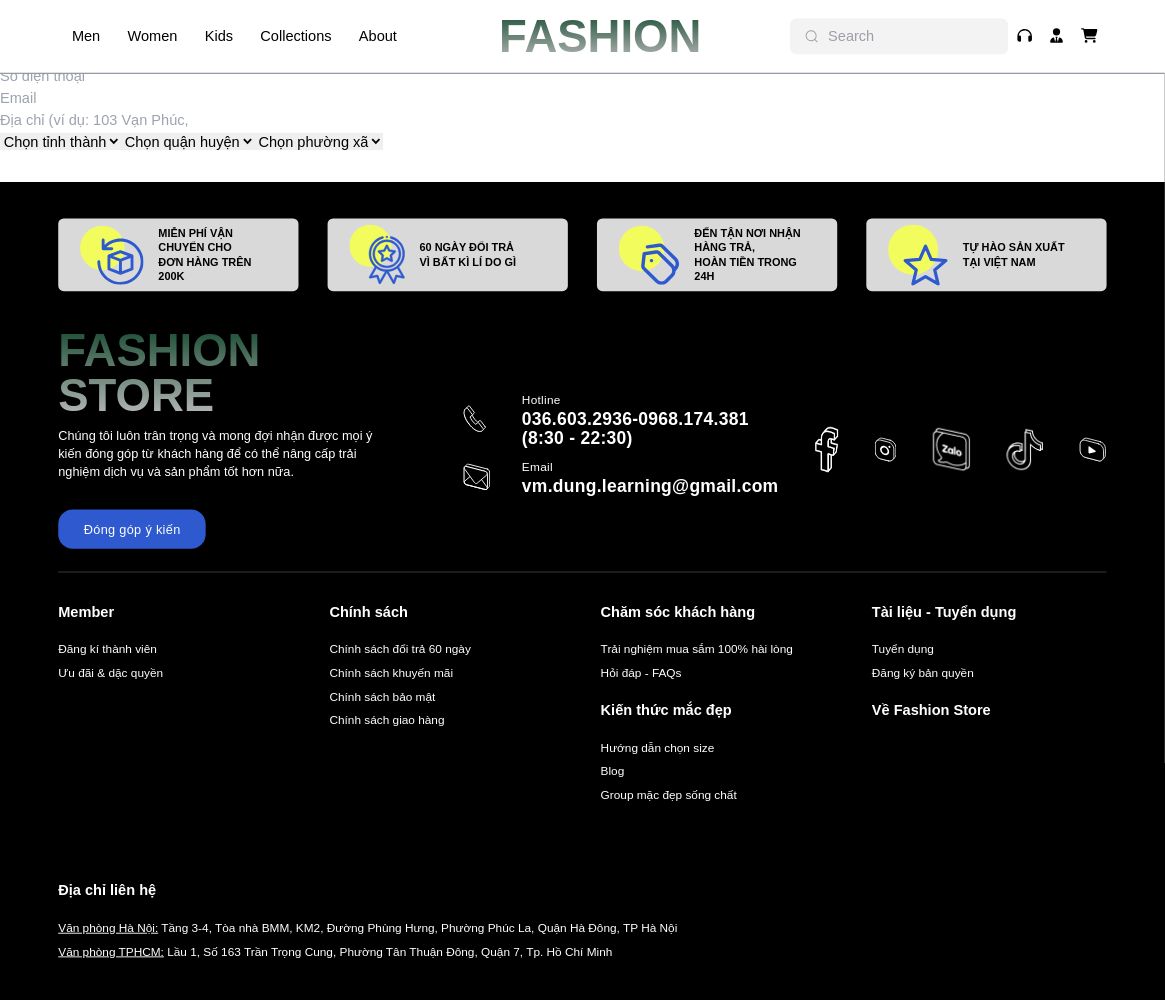
Repository: VuSnow/Software_Engineering
Page: /CartPayment
The author's editor kept a copy of each file at every save. The page is drawn from the files as they stood at one save, then again after the next save.
The browser window is 1280 px wide. The pictures show the whole page, at 91% of full size.
The page's requests for data from a server got no answer. The project was rebuilt for these pictures with package versions that can differ from the ones it lists, and the page was loaded fresh each time. The framework's server and built-in components were replaced by stand-ins that run in the browser. No one was signed in, and anything a server would have sent is missing. Also part of the build but not shown: next.config.js, src/components/cart/CartItem/CartItem.tsx, src/components/cart/Cart.tsx, src/app/Login/page.tsx, src/app/register/page.tsx, src/app/forgorPassword/page.tsx.

Above is the page before, as saved 2023-06-27 13:24:50.

### src/app/layout.tsx
"use client";
import Header from "@/components/header/Header";
import "./globals.css";
import { Inter } from "next/font/google";
import Footer from "@/components/footer/Footer";

const inter = Inter({ subsets: ["latin"] });

export const metadata = {
  title: "Create Next App",
  description: "Generated by create next app",
};
export default function RootLayout({
  children,
}: {
  children: React.ReactNode;
}) {
  return (
    <html lang="en">
      <body>
        <Header />
        {children}
        <Footer />
      </body>
    </html>
  );
}

### src/app/CartPayment/page.tsx
"use client";
import React from "react";
import { useState, useEffect } from "react";
import axios from "axios";
import { type } from "os";
import { log } from "console";

type City = {
  Id: string;
  Name: string;
  Districts: Districts[];
};
type Districts = {
  Id: string;
  Name: string;
  Wards: Wards[];
};

type Wards = {
  Id: string;
  Name: string;
  Level: string;
};

const CartPayment = () => {
  const [cities, setCities] = useState<City[]>([]);
  const [districts, setDistricts] = useState<Districts[]>([]);
  const [wards, setWards] = useState<Wards[]>([]);
  const [selectedCityId, setSelectedCityId] = useState<string>("");
  useEffect(() => {
    const fetchData = async () => {
      try {
        const response = await axios.get(
          "https://raw.githubusercontent.com/kenzouno1/DiaGioiHanhChinhVN/master/data.json"
        );
        setCities(response.data);
      } catch (error) {
        console.error("Error fetching data", error);
      }
    };
    fetchData();
  }, []);

  const handleCitiesChange = (e: React.ChangeEvent<HTMLSelectElement>) => {
    const selectedCityId = e.target.value;
    const selectedCity = cities.find((city) => city.Id === selectedCityId);
    const cityDistricts = selectedCity ? selectedCity.Districts : [];
    setDistricts(cityDistricts);
    setSelectedCityId(e.target.value);
    // console.log(e.target.value);
    setWards([]);
  };

  const handleDistrictChange = (e: React.ChangeEvent<HTMLSelectElement>) => {
    const selectedDistrictId = e.target.value;
    const selectedCity = cities.find((city) => city.Id === selectedCityId);
    const selectedDistrict = selectedCity
      ? selectedCity.Districts.find(
          (district) => district.Id === selectedDistrictId
        )
      : null;
    const districtWards = selectedDistrict ? selectedDistrict.Wards : [];
    setWards(districtWards);
  };
  return (
    <section className="cartPayment">
      <div className="cart-container">
        <div className="contain">
          <div className="cart-left-section">
            <div className="deli-information">
              <div className="cart-title">
                <div className="title">Thông tin vận chuyển</div>
                <div className="action">
                  Bạn đã có tài khoản? <a href="/">Đăng nhập ngay</a>
                </div>
              </div>
              <div className="customer-info">
                <div className="name">
                  <div className="name-input">
                    <input
                      type="text"
                      name="full_name"
                      placeholder="Họ và tên"
                      className="form-control"
                    />
                  </div>
                  <div className="number-input">
                    <input
                      type="tel"
                      name="phone"
                      placeholder="Số điện thoại"
                      className="form-control"
                    />
                  </div>
                </div>
                <div className="email">
                  <input
                    type="email"
                    name="email"
                    placeholder="Email"
                    className="form-control"
                  />
                </div>
                <div className="address">
                  <input
                    type="text"
                    name="address"
                    placeholder="Địa chỉ (ví dụ: 103 Vạn Phúc, phường Vạn Phúc)"
                    className="form-control"
                  />
                </div>
                <div className="select-city">
                  <select
                    name="city"
                    id="city"
                    className="form-select"
                    onChange={handleCitiesChange}
                  >
                    <option value="" selected>
                      Chọn tỉnh thành
                    </option>
                    {cities.map((city) => (
                      <option key={city.Id} value={city.Id}>
                        {city.Name}
                      </option>
                    ))}
                  </select>
                  <select
                    name="district"
                    id="district"
                    className="form-select"
                    onChange={handleDistrictChange}
                  >
                    <option value="" selected>
                      Chọn quận huyện
                    </option>
                    {districts.map((district) => (
                      <option key={district.Id} value={district.Id}>
                        {district.Name}
                      </option>
                    ))}
                  </select>
                  <select name="ward" id="ward" className="form-select">
                    <option value="" selected>
                      Chọn phường xã
                    </option>
                    {wards.map((ward) => (
                      <option key={ward.Id} value={ward.Id}>
                        {ward.Name}
                      </option>
                    ))}
                  </select>
                </div>
              </div>
            </div>
            <div className="payment-method"></div>
            <div className="payment-button"></div>
          </div>
          <div className="cart-right-section"></div>
        </div>
      </div>
    </section>
  );
};

export default CartPayment;

### src/components/header/Header.tsx
import React, { useState, useEffect, useContext } from "react";
import { FontAwesomeIcon } from "@fortawesome/react-fontawesome";
import {
  faBars,
  faHeadphones,
  faUserTie,
  faCartShopping,
  faXmark,
  faPlus,
  faMinus,
} from "@fortawesome/free-solid-svg-icons";
import Cart from "../cart/Cart";
import Login from "@/app/Login/page";
import Register from "@/app/register/page";
import ForgotPassword from "@/app/forgorPassword/page";
const Header = () => {
  const [showLoginModal, setShowLoginModal] = useState<Boolean>(false);
  const [showRegisterModal, setShowRegisterModal] = useState<Boolean>(false);
  const [showForgotPassword, setShowForgotPassword] = useState<Boolean>(false);
  const [classNav, setClassNav] = useState<String>(
    "opacity-0 invisible -left-full"
  );
  const [showCart, setShowCart] = useState(false);
  const showNav = () => {
    setClassNav("opacity-1 visible left-0");
  };
  const closeNav = () => {
    setClassNav("opacity-0 invisible -left-full");
  };
  return (
    <>
      {showLoginModal ? (
        <Login
          setShowLoginModal={setShowLoginModal}
          setShowRegisterModal={setShowRegisterModal}
          setShowForgotPassword={setShowForgotPassword}
        />
      ) : null}
      {showRegisterModal ? (
        <Register
          setShowRegisterModal={setShowRegisterModal}
          setShowLoginModal={setShowLoginModal}
        />
      ) : null}
      {showForgotPassword ? (
        <ForgotPassword setShowForgotPassword={setShowForgotPassword} />
      ) : null}
      <header className="text-black mb-4 fixed block top-0 left-0 right-0 bg-white w-full border-b border-gray-500 z-[99] px-[5%]">
        <div className="flex tablet: justify-between h-20 items-center mr-auto ml-auto max-w-full">
          <nav className="main-menu">
            <div className="mobile-menu cursor-pointer max-tablet:block hidden">
              <FontAwesomeIcon icon={faBars} size="2xl" onClick={showNav} />
            </div>
            <ul className="menu max-tablet:hidden flex">
              <li className="p-[15px] cursor-pointer">Men</li>
              <li className="p-[15px] cursor-pointer">Women</li>
              <li className="p-[15px] cursor-pointer">Kids</li>
              <li className="p-[15px] cursor-pointer">Collections</li>
              <li className="p-[15px] cursor-pointer">About</li>
            </ul>
            <div
              className={`sub-mobile-menu fixed top-0 right-0 bottom-[45px] bg-white z-[1000] pt-16 pr-4 pb-0 pl-4 ${classNav} overflow-y-auto`}
            >
              <div className="box-action bg-[#343a40] flex items-center justify-center rounded-tl-xl h-12 rounded-br-xl mb-[30px]">
                <a
                  href="#"
                  className="action-login text-white text-center text-[18px]"
                >
                  Đăng nhập
                </a>
              </div>
              <ul className="menu-mb">
                <li className="mb-[30px] pr-2 flex justify-between">
                  <a href="#">Men </a>
                  <span className="arrow">
                    <FontAwesomeIcon icon={faPlus} />
                    <FontAwesomeIcon icon={faMinus} className="hidden" />
                  </span>
                </li>
                <li className="mb-[30px] pr-2 flex justify-between">
                  <a href="#">Women </a>
                  <span className="arrow">
                    <FontAwesomeIcon icon={faPlus} />
                    <FontAwesomeIcon icon={faMinus} className="hidden" />
                  </span>
                </li>
                <li className="mb-[30px] pr-2 flex justify-between">
                  <a href="#">Kids </a>
                  <span className="arrow">
                    <FontAwesomeIcon icon={faPlus} />
                    <FontAwesomeIcon icon={faMinus} className="hidden" />
                  </span>
                </li>
                <li className="mb-[30px] pr-2 flex justify-between">
                  <a href="#">Collections </a>
                  <span className="arrow">
                    <FontAwesomeIcon icon={faPlus} />
                    <FontAwesomeIcon icon={faMinus} className="hidden" />
                  </span>
                </li>
                <li className="mb-[30px] pr-2 flex justify-between">
                  <a href="#">About </a>
                  <span className="arrow">
                    <FontAwesomeIcon icon={faPlus} />
                    <FontAwesomeIcon icon={faMinus} className="hidden" />
                  </span>
                </li>
              </ul>
              <div className="close-menu absolute top-[25px] left-[25px] text-[24px] text-black">
                <FontAwesomeIcon icon={faXmark} onClick={closeNav} />
              </div>
            </div>
          </nav>
          <div className="logo-brand">
            <a
              href="/"
              className="font-bold font-kumbhsan"
              style={{
                fontSize: "50px",
                background: "linear-gradient(to bottom, #194c33, #bbb)",
                WebkitBackgroundClip: "text",
                WebkitTextFillColor: "transparent",
                textTransform: "uppercase",
              }}
            >
              Fashion
            </a>
          </div>
          <div className="right-header flex">
            <form
              action="search"
              name="form-search"
              className="flex leading-7 items-center relative max-w-[240px] max-mobile:hidden"
            >
              <svg
                className="icon absolute left-4 fill-[#9e9ea7] w-4 h-4"
                aria-hidden="true"
                viewBox="0 0 24 24"
              >
                <g>
                  <path d="M21.53 20.47l-3.66-3.66C19.195 15.24 20 13.214 20 11c0-4.97-4.03-9-9-9s-9 4.03-9 9 4.03 9 9 9c2.215 0 4.24-.804 5.808-2.13l3.66 3.66c.147.146.34.22.53.22s.385-.073.53-.22c.295-.293.295-.767.002-1.06zM3.5 11c0-4.135 3.365-7.5 7.5-7.5s7.5 3.365 7.5 7.5-3.365 7.5-7.5 7.5-7.5-3.365-7.5-7.5z"></path>
                </g>
              </svg>
              <input
                type="text"
                placeholder="Search"
                className=" w-full h-[40px] leading-7 p-0 pl-10 pr-4 border-2 border-solid border-transparent rounded-lg outline-none bg-[#f3f3f4] text-[#0d0c22] transition-all placeholder:text-[#9e9ea7] focus:outline-none focus:border-[rgba(234,76,137,0.4)] focus:bg-white focus:shadow-md"
              />
            </form>
            <div className="header-action flex">
              <div className="item wallet m-[10px] max-mobile:hidden cursor-pointer">
                <FontAwesomeIcon icon={faHeadphones} />
              </div>
              <div
                className="item person m-[10px] cursor-pointer"
                onClick={() => setShowLoginModal(!showLoginModal)}
              >
                <FontAwesomeIcon icon={faUserTie} />
              </div>
              <div
                className="item cart m-[10px] cursor-pointer"
                onClick={() => setShowCart(true)}
              >
                <FontAwesomeIcon icon={faCartShopping} />
              </div>
            </div>
          </div>
        </div>
      </header>
      {showCart && <Cart setShowCart={setShowCart} />}
    </>
  );
};

export default Header;

### src/app/globals.css
@tailwind base;
@tailwind components;
@tailwind utilities;

:root {
  --foreground-rgb: 0, 0, 0;
  --background-start-rgb: 214, 219, 220;
  --background-end-rgb: 255, 255, 255;
}

@media (prefers-color-scheme: dark) {
  :root {
    --foreground-rgb: 255, 255, 255;
    --background-start-rgb: 0, 0, 0;
    --background-end-rgb: 0, 0, 0;
  }
}
body {
  display: flex;
  flex-direction: column;
  justify-content: space-between;
  font-family: "Kumbh Sans", sans-serif;
}

Loaded but not shown: tailwind.config.js (39 lines, source omitted); src/components/HomepageService/HomepageService.tsx (143 lines, source omitted); src/components/footer/Footer.tsx (211 lines, source omitted)

After the next save:
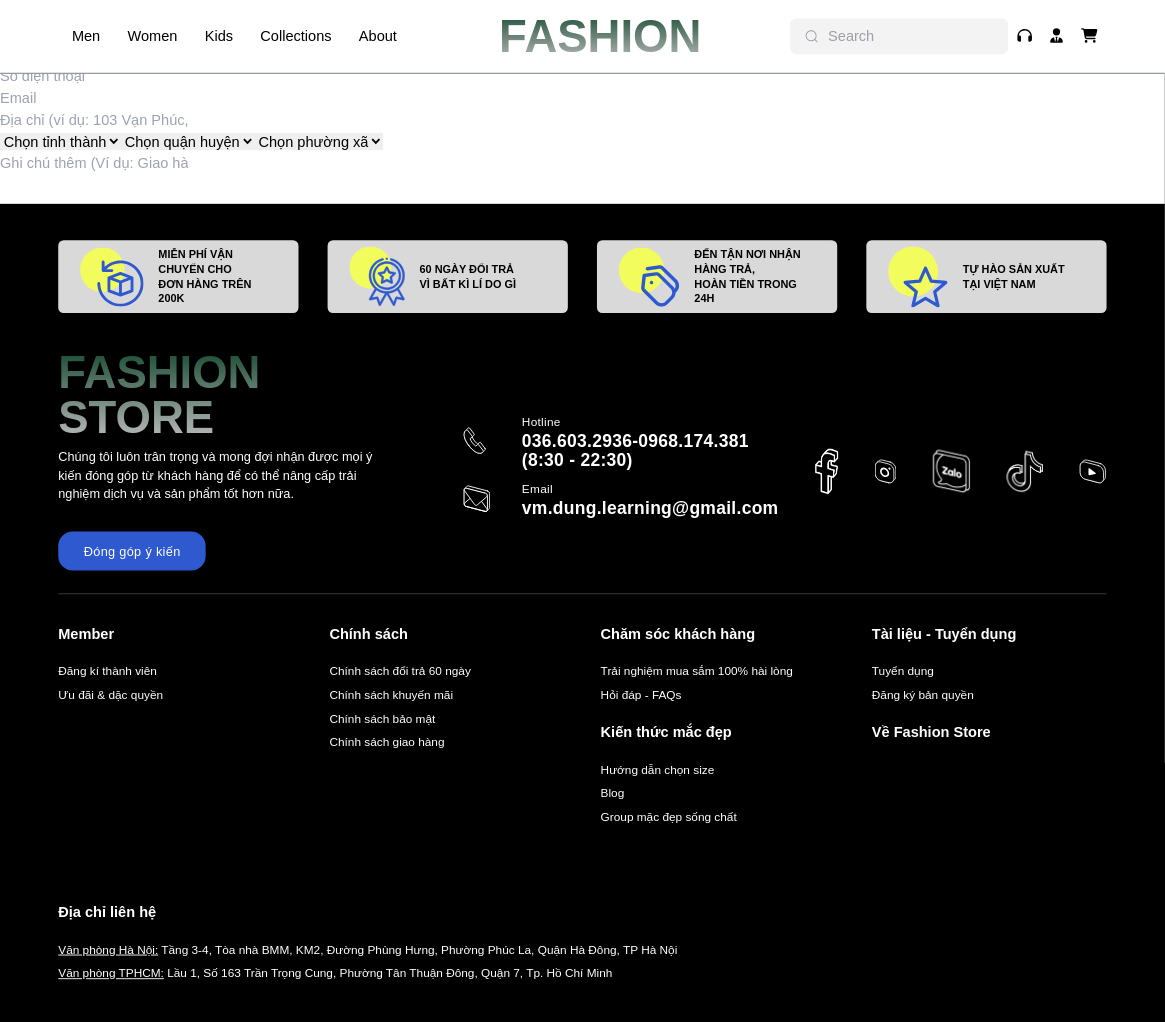
Saved 2 min 29 s later.
--- a/src/app/CartPayment/page.tsx
+++ b/src/app/CartPayment/page.tsx
@@ -151,6 +151,13 @@
                     ))}
                   </select>
                 </div>
+                <div className="note-deli">
+                  <input
+                    type="text"
+                    name="note"
+                    placeholder="Ghi chú thêm (Ví dụ: Giao hàng giờ hành chính)"
+                  />
+                </div>
               </div>
             </div>
             <div className="payment-method"></div>
